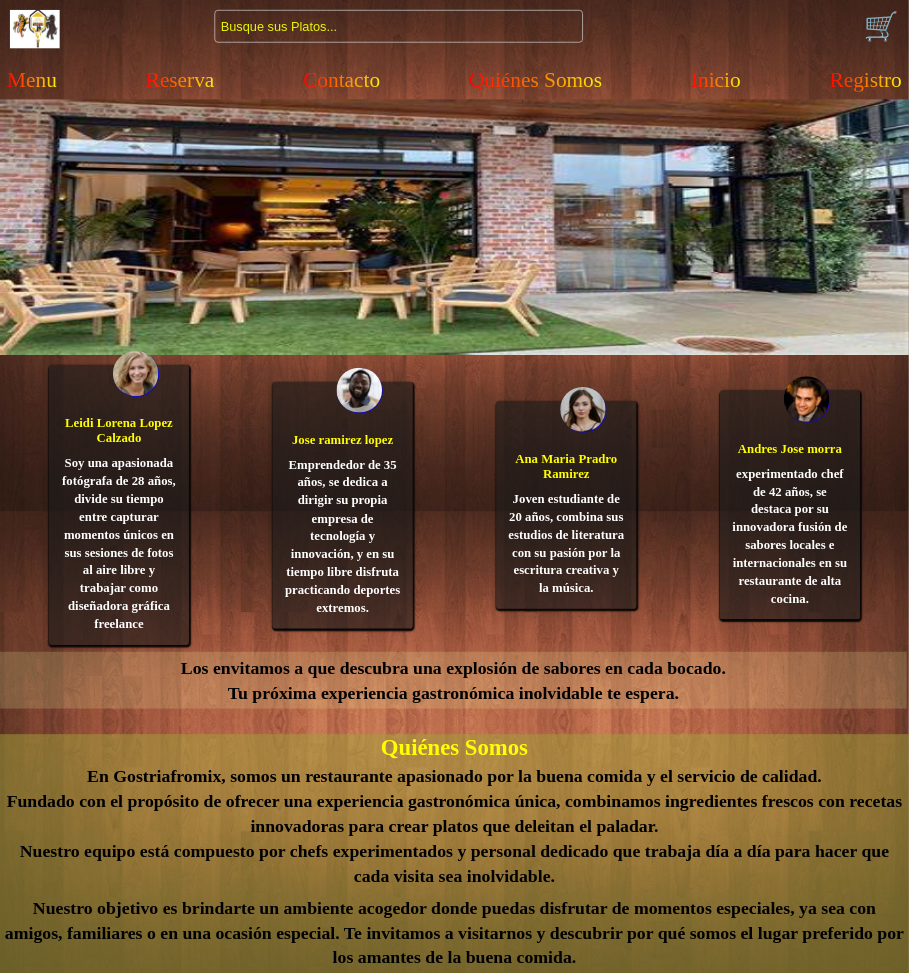
Repository: ye909/app_restaurante
Page: index.html
These files come from the project's save history. The page is drawn as it stood at one moment and after the next save; the edit follows.
The browser window is 1280 px wide. The pictures show the whole page, at 71% of full size.
Backgrounds fixed to the window are drawn as part of the page.

Above is the page before, as saved 2025-01-12 11:11:03.
Console error: ReferenceError: menuItems is not defined

### index.html
<!DOCTYPE html>
<html lang="en">

<head>
  <meta charset="UTF-8">
  <meta name="viewport" content="width=device-width, initial-scale=1.0">
  <title>Document</title>
  <link rel="Icon" href="./public/imagen/letra.ico">
  <link rel="stylesheet" href="/css/menu_principal.css">
  <link rel="stylesheet" href="/css/footer.css">
  <link rel="stylesheet" href="/css/heder.css">
  <link rel="stylesheet" href="/css/modal_card.css">
  <link rel="stylesheet" href="/css/stilo.css">
  <link rel="stylesheet" href="/css/menu_navegacion.css">
  <link rel="stylesheet" href="/css/reservar.css">

</head>

<body>
  <header>
    <div class="container_header_card">
      <div class="imagen"><img src="/public/imagen/login.gif" alt=""></div>

      <input type="text" id="buscar" class="buscar" placeholder="Busque sus Platos...">
      <ul id="productList" class="productList"></ul>

      <div id="cart-btn" class="shopping">🛒</div>

  </header>



  <h1 class="bienvenida" id="bienvenida">BIENVENIDOS/A</h1>
  <nav>
    <ul>
      <li id="menu-btn"><a href="#">Menu</a></li>

      <li><a href="./maquetacion/templei/reserva.html" target="_self">Reserva</a></li>
      <li><a href="#contacto">Contacto</a></li>
      <li><a href="#somos">Quiénes Somos</a></li>
      <li><a href="./maquetacion/templei/login.html" target="_self">Inicio</a></li>
      <li><a href="./maquetacion/templei/registro.html" target="_self">Registro</a> </li>
    </ul>
  </nav>
 <img src="./public/imagen/rrstaurante1.jpg" alt="" class="imgRestaurante" id="imgRestaurante">

  <main id="menu-view" class="menu-view">
    <div class="filter-buttons">
      <button class="filter" data-region="Todos">Todos</button>
      <button class="filter" data-region="Latinoamérica">Latinoamérica</button>
      <button class="filter" data-region="Centroamérica">Centroamérica</button>
      <button class="filter" data-region="Suramérica">Suramérica</button>
    </div>
    <div id="menu-items" class="menu-items"></div>

    <audio id="clickSound" src="./public/imagen/audio/mouse_btn3.mp3"></audio>
  </main>


  <main id="cart-view" class="cart-view">
    <h1 class="carro">Carrito de Compras</h1>
    <div id="cart-items" class="cart-items"></div>
    <div class="cart-total">
      <p>Total: <span id="cart-total">$0.00</span></p>
      <button id="back-to-menu">Volver al Menú</button>
      <button id="Domicilio"> <a href="./maquetacion/templei/domicilio.html"  target="_self">Domicilio</a></button>

    </div>
  </main>
<br>
  <div class="container_card_persona">

    <article class="container_persona">
      <img src="./public/imagen/mona.jpg" alt=""><br><br>
      <h3>Leidi Lorena Lopez Calzado</h3>
      <p>Soy una apasionada fotógrafa de 28 años,
         divide su tiempo entre capturar momentos
         únicos en sus sesiones de fotos al aire libre
         y trabajar como diseñadora gráfica freelance </p>
    </article>

    <article class="container_persona">
      <img src="./public/imagen/afro.jpg" alt=""><br><br>
      <h3>Jose ramirez lopez</h3>
      <p>Emprendedor de 35 años,
         se dedica a dirigir su propia empresa de
         tecnología y innovación, y en su tiempo libre
          disfruta practicando deportes extremos.
        </p>
    </article>


    <article class="container_persona">
      <img src="./public/imagen/indigena.jpg" alt=""><br><br>
      <h3>Ana Maria Pradro Ramirez</h3>
      <p>Joven estudiante
         de 20 años, combina sus estudios de
          literatura con su pasión
        por la escritura creativa y la música.</p>
    </article>

    <article class="container_persona">
      <img src="./public/imagen/mestizo.jpg" alt=""><br><br>
      <h3>Andres Jose morra</h3>
      <p>experimentado chef de 42 años,
        se destaca por su innovadora fusión
        de sabores locales e internacionales
        en su restaurante de alta cocina.</p>
    </article>


  </div>
  <p class="text_invitacion"> Los envitamos a que descubra una explosión de sabores en cada bocado. <br>
    Tu próxima experiencia gastronómica inolvidable te espera.
  </p>
  <br> <br>

  <div class="quienes_somos" id="somos">
    <h1 class="titu_quienson">Quiénes Somos</h1>
    <p>En <strong>Gostriafromix</strong>, somos un restaurante apasionado por la buena comida y el servicio de calidad.
      <br>
      Fundado con el propósito de ofrecer una experiencia gastronómica única, combinamos ingredientes frescos con
      recetas innovadoras para crear platos que deleitan el paladar. <br>
      Nuestro equipo está compuesto por chefs experimentados y personal dedicado que trabaja día a día para hacer que
      cada visita sea inolvidable.
    </p>
    <p>Nuestro objetivo es brindarte un ambiente acogedor donde puedas disfrutar de momentos especiales, ya sea con
      amigos, familiares o en una ocasión especial. Te invitamos a
      visitarnos y descubrir por qué somos el lugar preferido por los amantes de la buena comida.</p>
  </div>

  <!--

  <footer>
    <div class="conataine_footer">
      <div>
        <h4>Servicio al ciudadano</h4>
        <p><span>L</span>ínea directa <br> <br> (601) 2773555</p>
        <p id="domicilio"><span>S</span>ervicios ha domicilio<br> <br>328866178 <br><br>Dirreccion calle 12# 43-23 sur
        </p>

      </div>

      <div>
        <h4>Lineas de atencion</h4>
        <p><span>E</span>n Bogotá, <br> desde fijo o celular, al <br><br>
          (601) 307 70 51 <br><br>
          01 8000 930100 <br><br>
          <span>D</span>esde celular marca <br><br>
          #961
        </p>
      </div>
      <div>
        <h4>Redes</h4>
        <div><a href=""><i class="fa-brands fa-facebook"> </i></a> Facebook</div>
        <div><a href=""><i class="fa-brands fa-twitter"></i></a>Twitter</div>
        <div><a href=""><i class="fa-brands fa-linkedin"></i> </a>Linkedin</div>
        <div><a href=""><i class="fa-brands fa-instagram"></i></a> Instagram</div>
      </div>
      <div>
        <h4 id="contacto">Contacto</h4>
        <p><span>D</span>irección Nacional<br><br>
          <span>C</span>arrera 85K No. 46A-66<br><br>
          <span>b</span>ogotá D.C., Colombia<br><br>
          <span>T</span>eléfono administrativo<br><br>
          (60)1 419 3000
        </p>
      </div>

      <div>
        <h4> Canales de atención</h4>
        <p><a href="#">Preguntas frecuentes</p></a><br>
        <p><a href="#">Escríbe tu PQRS</p></a><br>
        <p><a href="#">Nuestras sedes</p></a>
      </div>
    </div>
  </footer>
  <div class="container_final">2024 Bogota Colombia D.C</div> -->


  <script src="./js/script.js"></script>
  <script src="./js/productos.js"></script>
  <script src="./js/dinamico.js"></script>
  <script src="./js/service_worker.js"></script>
</body>

</html>

### css/menu_principal.css
 :scope{

    padding: 0%;
    margin: 0%;
    overflow: scroll;
}

html {
    scroll-behavior: smooth;
    background-image: url(../public/imagen/janos.jpg);
    background-repeat: no-repeat;
    background-size: cover;
    background-attachment: fixed;
    background-size: 100% 100%;
    height: auto;
  }
  .container_card_persona {
    display: flex;
    justify-content: space-around;
    align-items: center;
    flex-direction: row;
    flex-wrap: wrap;
    padding: 10px;
  }
  .container_persona {

    width: 14%;
    background: rgba(26, 25, 25, 0.6);
    border-radius: 4px;
    color: white;
    padding: 10px;
    height: auto;
    box-shadow: rgb(8, 8, 8) 1px 2px 2px 2px;
  }
  .container_persona img {
    object-fit: cover;
    width: 36%;
    margin-left: 80px;
    margin-top: -30px;
    border-radius: 80px;
    box-shadow: rgb(8, 4, 247) 1px 1px 1px;
  }
  .container_persona p,h3 {
    padding: 6px;
    font-size: 18px;
    text-align: center;
  }

  h3 ,.titu_quienson{
    color: yellow;
  }
  .text_invitacion {
    font-size: 25px;
    line-height: 1.4;
    width: 99%;
    text-align: center;
    background: rgba(232, 232, 157, 0.2);
  }
  .quienes-somos {
    width: 100%;
    text-align: center;
    background: rgba(232, 232, 157, 0.4);
  }
  .quienes-somos p {
    font-size: 30px;
    line-height: 1.4;
  }

### css/footer.css
.conataine_footer {
  display: flex;
  justify-content: space-between;
  flex-direction: row;
  flex-wrap: wrap;
  margin: 10px;
}

p {

  padding: 5px;
  font-size: 20px;
  font-weight: bold;
}
span {
  font-size: 25px;
}
.quienes_somos {
  background:rgba(161, 161, 59, 0.5);
}
.quienes_somos p{
  text-align: center;
font-size: 25px;
}
:is(.container_final) {
  display: flex;
  justify-content: center;
  align-items: center;
}

h4 {
  color: blue;
  font-size: 30px;
}
:is(.container_final, h4, i) {
  padding: 10px;
}
.container_final {
  background: rgba(12, 12, 12, 0.2);
  color: white;
}
.fa-facebook {
  color: rgb(5, 5, 253);
}
.fa-twitter {
  color: rgb(8, 123, 245);
}
.fa-linkedin {
  color: rgb(71, 71, 155);
}
.fa-instagram {
  color: rgb(243, 17, 17);
}
a {
  cursor: pointer;

}
footer a {
  font-size: 20px;
  color: white;
}
footer {
  background: rgba(10, 10, 10, 0.6);
  color: white;
}

### css/heder.css
.container_header_card{
    display: flex;
    justify-content: space-between;
    justify-items: center;
    flex-direction: row;
    flex-wrap: wrap;
    padding: 14px;
    }

 .productList {
     list-style-type: none;
     padding: 0;
 }

 .productList li {
     padding: 10px;
     border-bottom: 1px solid #ccc;
 }

 .productList li:last-child {
     border-bottom: none;
 }

  .container_header_card img{
    width: 70px;
}
  .shopping{
    font-size: 40px;
cursor: pointer;
}
.buscar::placeholder{
    color:rgb(232, 248, 3);
    font-size: 18px;
}

.buscar {
    width: 40%;
    height: 3.9vh;
    background:transparent;
    color:white;
    font-size: 18px;
    border-radius: 5px;
    margin-left: 20px;
}
:is(.bienvenida,
 .buscar){
     padding: 8px;
 }
 .bienvenida{
    background-image:linear-gradient(to left, rgb(4, 151, 4), rgb(248, 244, 7),  red,rgb(14, 14, 240));
    -webkit-text-fill-color:transparent;
    -webkit-background-clip: text;
    background-clip: text;
    text-align: center;


}

### css/modal_card.css
* {
  margin: 0;
  padding: 0;
}

t-items {
  display: none;
}
.menu-items {
  width: 100%;
  height: 100%;
  background: rgba(12, 12, 12, 0.7);
  position: absolute;
}
.card,
.card_carrito {
  display: inline-block;
  justify-content: space-between;
  flex-direction: row;
  flex-wrap: wrap;
  margin: 10px;
}

.card,
.card_carrito {
  width: 14%;
  height: 44vh;
  padding: 10px;
  background: rgba(0, 0, 0, 0.4);
  border-radius: 10px;
  box-shadow: rgb(8, 4, 247) 1px 1px 1px 3px;
}

.card img,
.card_carrito img {
  width: 95%;
  height: auto;
  object-fit: cover;
  border-radius: 5px;
  padding: 10px;
}

.card p,
.card_carrito p {
  color: white;
  font-size: 20px;
}

.cart-view,
.menu-view {
  display: none;
}
@scope (.titulo_principal,.titulo_carrito,.carro) {
  :scope {
    color: yellow;
  }
  .titulo_carrito h1,
  .carro {
    padding: 10px;
  }
}
#pagar {
  margin: 10px auto;
}
.cart-total {
  text-align: right;
  margin: 20px;
}
.cart-view {
  border: 2px solid black;
  margin: 10px;
  padding: 20px;
  box-shadow: black 1px 2px 4px 3px;
}

.cart-total {
  font-size: 20px;
  color: blue;
}
button {
  width: 270px;
  padding: 10px;
  transition: background-color 0.7s ease;
  border-radius: 20px;
  background:transparent;
color:blue;
  font-size: 20px;
}
button:hover {
  border: none;
  background: #0606f8fd;
  color: black;
  box-shadow: rgb(7, 71, 236) 2px 2px 2px, rgb(7, 71, 236) 2px 2px 2px,
    rgb(7, 71, 236) 2px 2px 2px, rgb(7, 71, 236) 2px 2px 2px;
}
/*
     .card button {
  margin-top: 10px;
  background-color: #007bff;
  color: white;
  border: none;
  padding: 10px;
  border-radius: 5px;
  cursor: pointer;
}

.card button:hover {
  background-color: #0056b3;
} */

### css/stilo.css


/*

    .filter-buttons {
      margin: 20px;
      text-align: center;
    }

    .filter {
      margin: 5px;
      padding: 10px 15px;
      background-color: #007bff;
      color: white;
      border: none;
      cursor: pointer;
      border-radius: 5px;
    }

    .filter:hover {
      background-color: #0056b3;
    }
    .menu-items,.cart-view{
      display: flex;
      justify-content: space-between;
      justify-content: center;
      flex-direction: row;
      flex-wrap: wrap;
      gap: 20px;
    }
     */

### css/menu_navegacion.css


ul{
display: flex;
justify-content: space-between;
text-align: center;
flex-direction: row;
flex-wrap: wrap;
}
li{
    font-size: 30px;
    list-style: none;
margin: 10px;

}
.imgRestaurante {
    width: 100%;
    height: 50vh;

  }
a{

    list-style: none;
    text-decoration: none;
    color: blue;
}
li:hover{
    transition: 1s ease , transform 1s ease;
    border-bottom: 2px solid yellow;


}
nav a{
    background-image:linear-gradient(to left, rgb(248, 244, 7),  red);
    -webkit-text-fill-color:transparent;
    -webkit-background-clip: text;
    background-clip: text;
    text-align: center;
}

### css/reservar.css

html {
    scroll-behavior: smooth;
    background-image: url(../public/imagen/fondo_card.jpg);
    background-repeat: no-repeat;
    background-size: cover;
    background-attachment: fixed;
    background-size: 100% 100%;
    height: auto;
  }
.container {
    max-width: 450px;
    margin: 100px 700px;
    background:rgba(14, 13, 13,0.3);
    box-shadow: rgb(7, 71, 236)  1px 1px 1px 2px,rgb(7, 71, 236) 1px  1px 1px 2px;
    padding: 20px;
    border-radius: 8px;

}
.form{
  padding: 10px;
  margin-left: 30px;
}
.title {
    text-align: center;
    font-size: 30px;
    margin-bottom: 20px;
  }

  .form-group {
    margin-bottom: 15px;
  }


  label {
    display: block;
    margin-bottom: 5px;
    font-weight: bold;
    font-size: 25px;
  }
  ::placeholder{
    font-size: 20px;
  }
  input:focus{

  outline: 1px solid #007BFF;
  background:transparent;
  color:white;
  }
  input, textarea {
    width: 80%;
    padding: 10px;
    border: 1px solid #ccc;
    border-radius: 4px;
  }
  #hora{
    width: 60%;
  }

  .inline-group {
    display: flex;
    gap: 15px;
  }

  .inline-group > div {
    flex: 1;
  }

  textarea {
    resize: vertical;
  }

.submit-button {
  width: 86%;
  padding: 10px;
  background-color: #007BFF;
  color: white;
  border: none;
  border-radius: 4px;
  font-size: 16px;
  cursor: pointer;
}

.submit-button:hover {
  background-color: #0056b3;
}

/*crear la animacion donde el mensaje salga de ariba asta el centro de la panta */

.container_modal_reserva{
  transition: 2s;
  max-width: 450px;
  margin: 100px 700px;
  background:rgba(14, 13, 13,0.3);
  box-shadow: rgb(7, 71, 236)  1px 1px 1px 2px,rgb(7, 71, 236) 1px  1px 1px 2px;
  padding: 20px;
  border-radius: 8px;
 opacity: 0;

}
h1 {
  color: #007bff;
  text-align: center;
}
p {
  line-height: 1.4;
  font-size: 24px;
}
.mensaje{
  text-align: center;
  font-weight: bolder;
}
.validar_nombre{
    font-size: 30px;
    color: white;
}

### js/script.js

  let cart = [];
  let selectedRegion = "Todos";

  const menuView = document.getElementById("menu-view");
  const cartView = document.getElementById("cart-view");
  const menuItemsContainer = document.getElementById("menu-items");
  const cartItemsContainer = document.getElementById("cart-items");
  const cartTotal = document.getElementById("cart-total");

  document.querySelectorAll(".filter").forEach(button => {
    button.addEventListener("click", () => {
      selectedRegion = button.getAttribute("data-region");
      renderMenu();
    });
  });

  document.getElementById("menu-btn").addEventListener("click", () => {

    menuView.style.display = "block";
    cartView.style.display = "none";
    const  imgRestaurante = document.getElementById("imgRestaurante").remove()
    // audio de los botones
const playSound = function () {
  var audio = document.getElementById("clickSound");
  audio.play();
}
playSound()
  });

  document.getElementById("cart-btn").addEventListener("click", () => {
    menuView.style.display = "none";
    cartView.style.display = "block";
    renderCart();
  });

  document.getElementById("back-to-menu").addEventListener("click", () => {
    menuView.style.display = "block";
    cartView.style.display = "none";
  });

  function renderMenu() {
    menuItemsContainer.innerHTML = "";
    const filteredItems = selectedRegion === "Todos" ? menuItems : menuItems.filter(item => item.region === selectedRegion);
    filteredItems.forEach(item => {

      const card = document.createElement("div");
      card.className = "card";
      card.innerHTML = `

        <h1 class="titulo_principal">${item.name}</h1>
            <img src="${item.image}" alt="${item.name}">
        <p>${item.description}</p>
        <p><strong>$${item.price.toFixed(2)}</strong></p>
        <button id="pagar">Pagar</button>
        <button id="btnaudio" onclick="addToCart(${item.id})">Agregar</button>

      `;
      menuItemsContainer.appendChild(card);
    });
  }

  function renderCart() {
    cartItemsContainer.innerHTML = "";
    cart.forEach(item => {
      const cartItem = document.createElement("div");
      cartItem.className = "card_carrito";
      cartItem.innerHTML = `
        <h1 class="titulo_carrito">${item.name}</h1>
        <img src="${item.image}" alt="${item.name}">
          <p>${item.description}</p>
        <p>Cantidad: ${item.quantity}</p>
        <p><strong>$${(item.price * item.quantity).toFixed(2)}</strong></p>
          <button id="pagar">Pagar</button>
           <button id="delete">eliminar</button>
      `;
      cartItemsContainer.appendChild(cartItem);
    });
    const total = cart.reduce((sum, item) => sum + item.price * item.quantity, 0);
    cartTotal.textContent = `$${total.toFixed(2)}`;
  }

  function addToCart(id) {
    const item = menuItems.find(item => item.id === id);
    const cartItem = cart.find(item => item.id === id);
    if (cartItem) {
      cartItem.quantity++;
    } else {
      cart.push({ ...item, quantity: 1 });
    }
  }

  renderMenu();

### js/productos.js
const menuItems = [
  {
    id: 1,
    name: "Bebida caliente",
    description: "Delicious tacos",
    price: 12.99,
    image: "./public/imagen/bebidas_calientes1.PNG",
    region: "Latinoamérica",
  },
  {
    id: 2,
    name: "carne",
    description: "Thick griddle cakes",
    price: 9.99,
    image: "/public/imagen/mexica1.jpg",
    region: "Centroamérica",
  },
  {
    id: 3,
    name: "Cerveza",
    description: "Fresh seafood",
    price: 15.99,
    image: "./public/imagen/cervezas.webp",
    region: "Bebida con alcol",
  },
  {
    id: 4,
    name: "plátanos rellenos",
    description: "Rellenos de bocadillo y queso",
    price: 15.99,
    image: "./public/imagen/platano.PNG",
    region: "Suramérica",
  },
  {
    id: 5,
    name: "Coltel",
    description: "Fresh seafood",
    price: 15.99,
    image: "./public/imagen/coltel.webp",
    region: "Bebida con alcol",
  },
  {
    id: 6,
    name: "Postre",
    description: "Sabor y dulsura en el plato",
    price: 15.99,
    image: "./public/imagen/postre2.PNG",
    region: "Suramérica",
  },
  {
    id: 7,
    name: "Lechona",
    description: "plátanos rellenos",
    price: 15.99,
    image: "./public/imagen/mexica2.jpg",
    region: "Suramérica",
  },
  {
    id: 8,
    name: "Sancocho",
    description: "Fresh seafood",
    price: 15.99,
    image: "./public/imagen/sancocho.webp",
    region: "Suramérica",
  },
  {
    id: 9,
    name: "Arrozanas",
    description: "Fresh seafood",
    price: 15.99,
    image: "./public/imagen/mexico6.jpg",
    region: "Suramérica",
  },
  {
    id: 10,
    name: "Licor",
    description: "Fresh seafood",
    price: 15.99,
    image: "./public/imagen/licores.webp",
    region: "Suramérica",
  },
  {
    id: 11,
    name: "Jugos",
    description: "Sabor natural",
    price: 15.99,
    image: "./public/imagen/JUGOS_NATURALES.jpg",
    region: "Suramérica",
  },
];

### js/dinamico.js




// texto de bienvenida

setTimeout(()=>{
    const bienvenida = document.getElementById("bienvenida").remove()
    bienvenida.style.transition=" background-color 0.3s ease, transform 0.7s ease; "
},3000)






// // Ejemplo de notificación (opcional)
// document.getElementById('btnboton_agregar').addEventListener('click', () => {
//     if (Notification.permission === 'granted') {
//         new Notification('¡Hola desde tu PWA!');
//     } else if (Notification.permission !== 'denied') {
//         Notification.requestPermission().then((permission) => {
//             if (permission === 'granted') {
//                 new Notification('¡Hola desde tu PWA!');
//             }
//         });
//     }
// });

### js/service_worker.js

if ('serviceWorker' in navigator) {
    navigator.serviceWorker.register('/sw.js')
        .then((registration) => {
            console.log('Service Worker registrado:', registration);
        })
        .catch((error) => {
            console.error('Error al registrar el Service Worker:', error);
        });
}

After the next save:
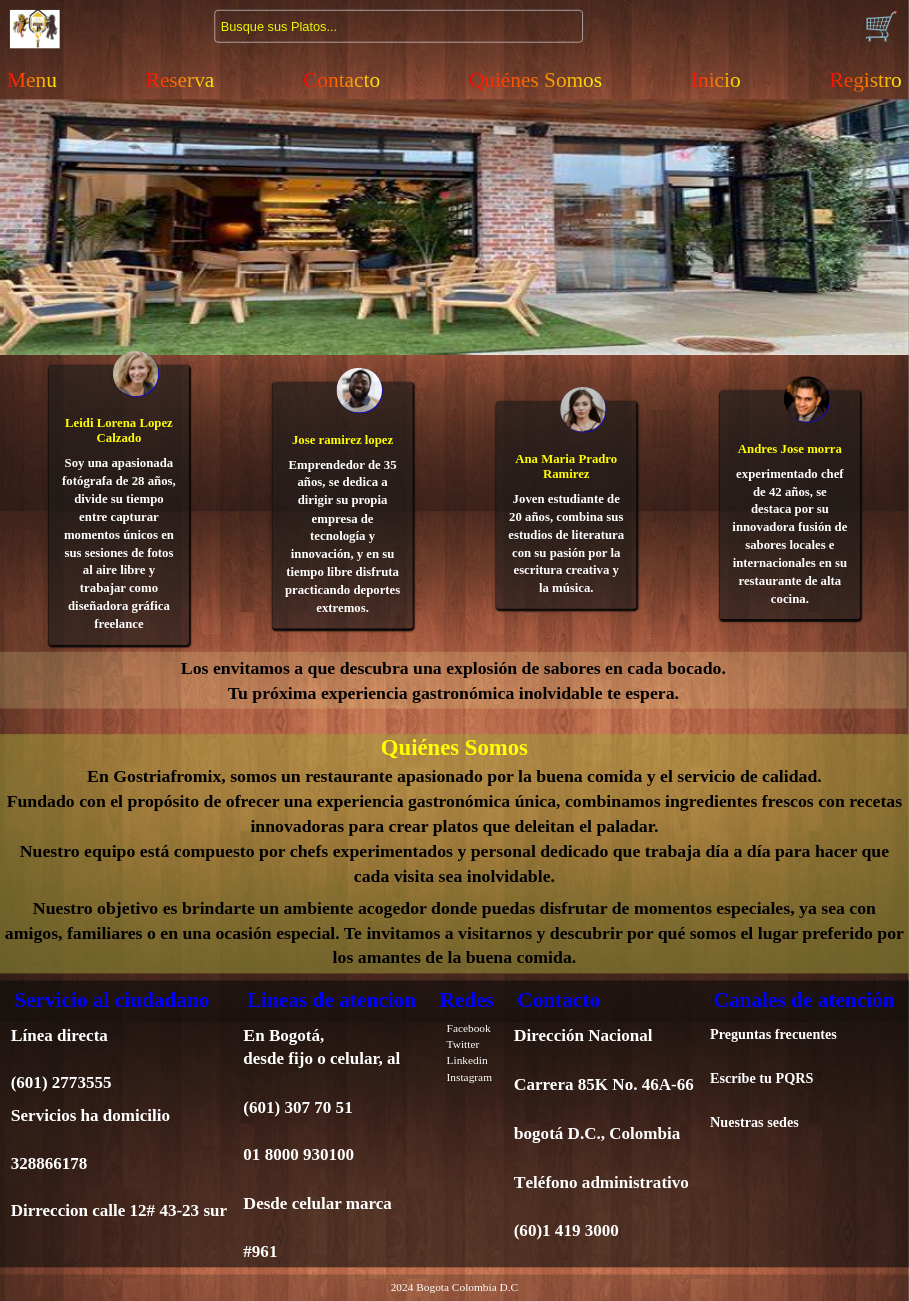
Saved 45 s later.
--- a/index.html
+++ b/index.html
@@ -129,7 +129,7 @@
       visitarnos y descubrir por qué somos el lugar preferido por los amantes de la buena comida.</p>
   </div>
 
-  <!--
+
 
   <footer>
     <div class="conataine_footer">
@@ -175,7 +175,7 @@
       </div>
     </div>
   </footer>
-  <div class="container_final">2024 Bogota Colombia D.C</div> -->
+  <div class="container_final">2024 Bogota Colombia D.C</div>
 
 
   <script src="./js/script.js"></script>
